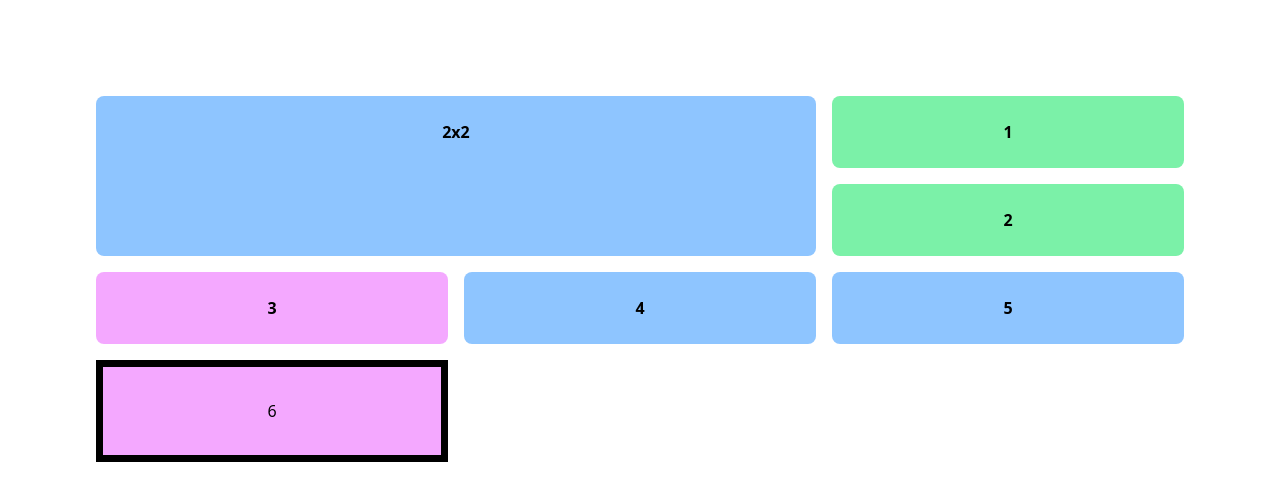
Repository: Abdulahi338/TailwindCss-exercise
Page: Exercise3/index.html
These files come from the project's save history. The page is drawn as it stood at one moment and after the next save; the edit follows.
The browser window is 1280 px wide. The pictures show the whole page.

Above is the page before, as saved 2025-08-12 17:41:51.

After the next save:
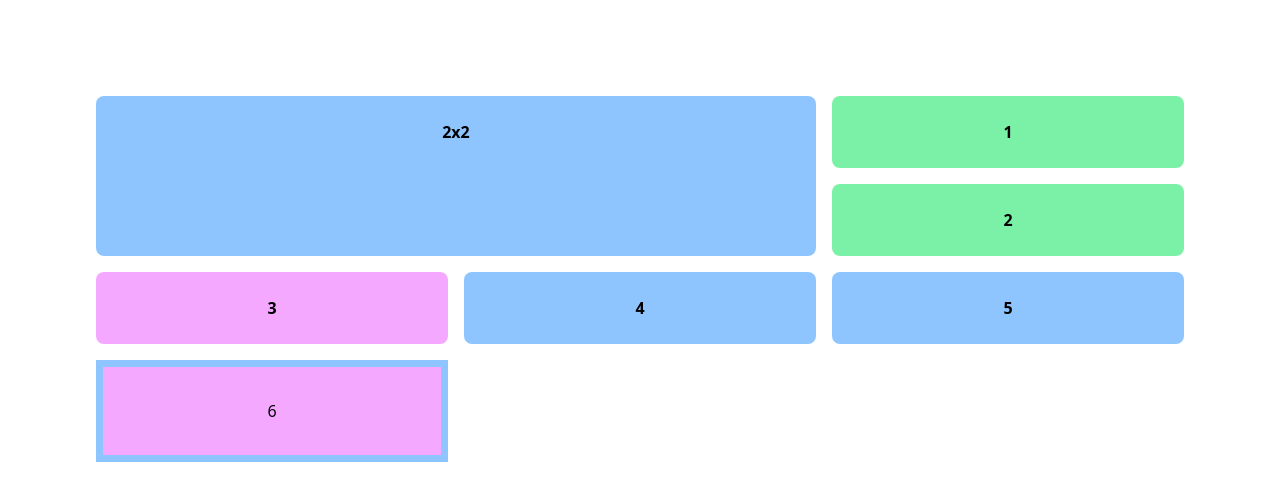
Saved 2 min 36 s later.
--- a/Exercise3/index.html
+++ b/Exercise3/index.html
@@ -16,7 +16,7 @@
         <div class="bg-fuchsia-300 p-6 font-bold rounded-lg"">3</div>
         <div class="bg-blue-300 p-6 font-bold rounded-lg"">4</div>
         <div class="bg-blue-300 p-6 font-bold rounded-lg"">5</div>
-        <div class="bg-fuchsia-300 p-8 font-med border-7 border-blue">6</div>
+        <div class="bg-fuchsia-300 p-8 font-med border-7 border-blue-300">6</div>
 
     </div>
 
